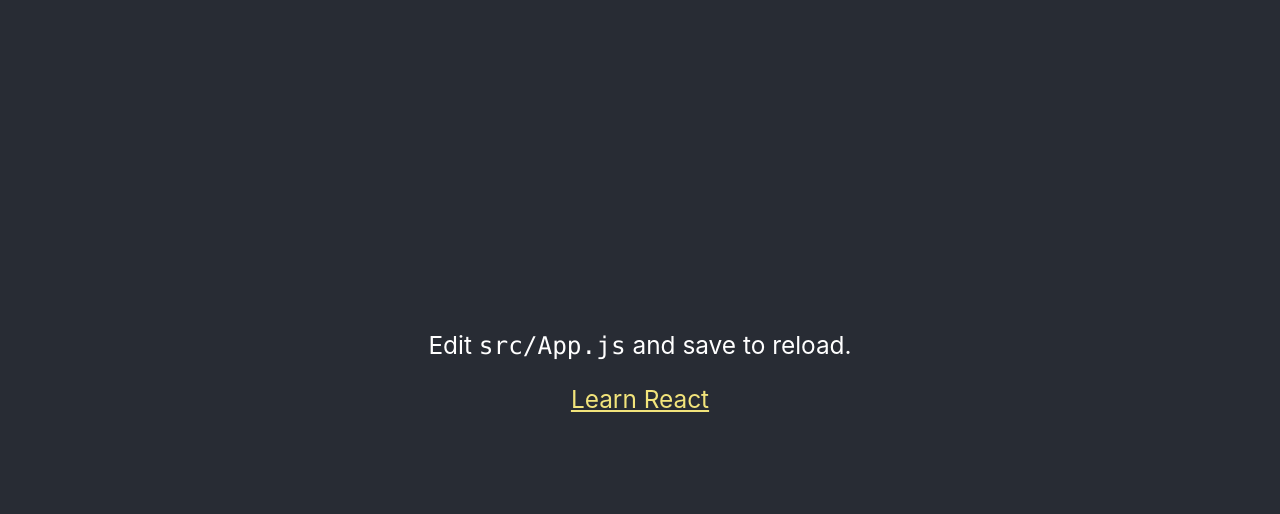
Repository: EyanIngles/AR
Page: /
An editor plug-in stored every save of this project. The page is shown before and after the next save, followed by the edit.
The browser window is 1280 px wide. The pictures show the whole page.
The project was rebuilt for these pictures with package versions that can differ from the ones it lists, and the page was loaded fresh each time.

Above is the page before, as saved 2024-05-28 17:45:14.

After the next save:
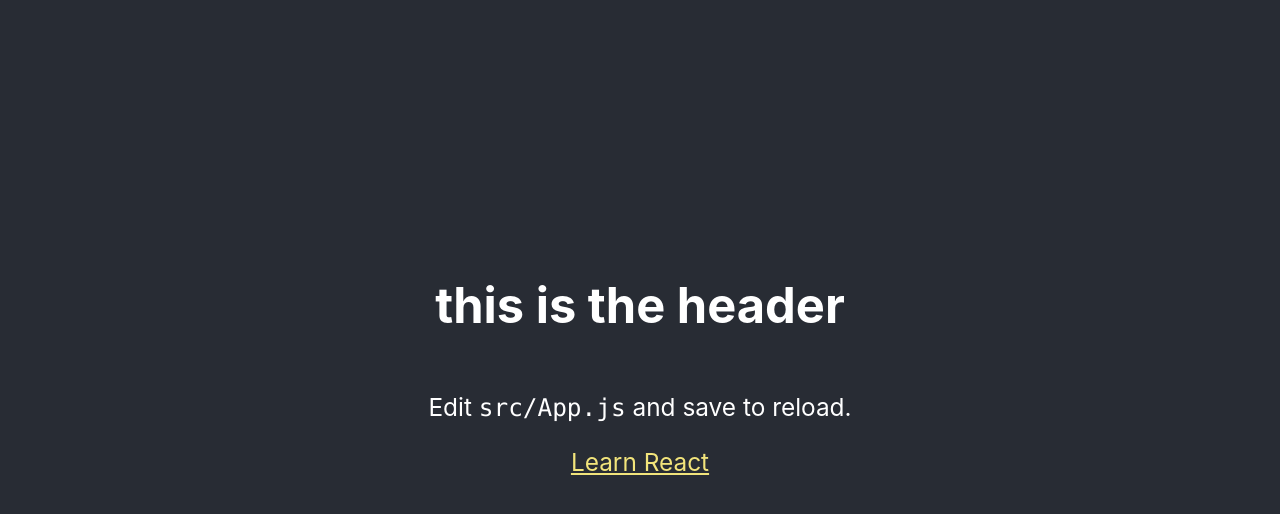
Saved 22 s later.
--- a/src/App.js
+++ b/src/App.js
@@ -5,7 +5,7 @@ function App() {
   return (
     <div className="App">
       <header className="App-header">
-
+        <h1>this is the header</h1>
         <p>
           Edit <code>src/App.js</code> and save to reload.
         </p>
